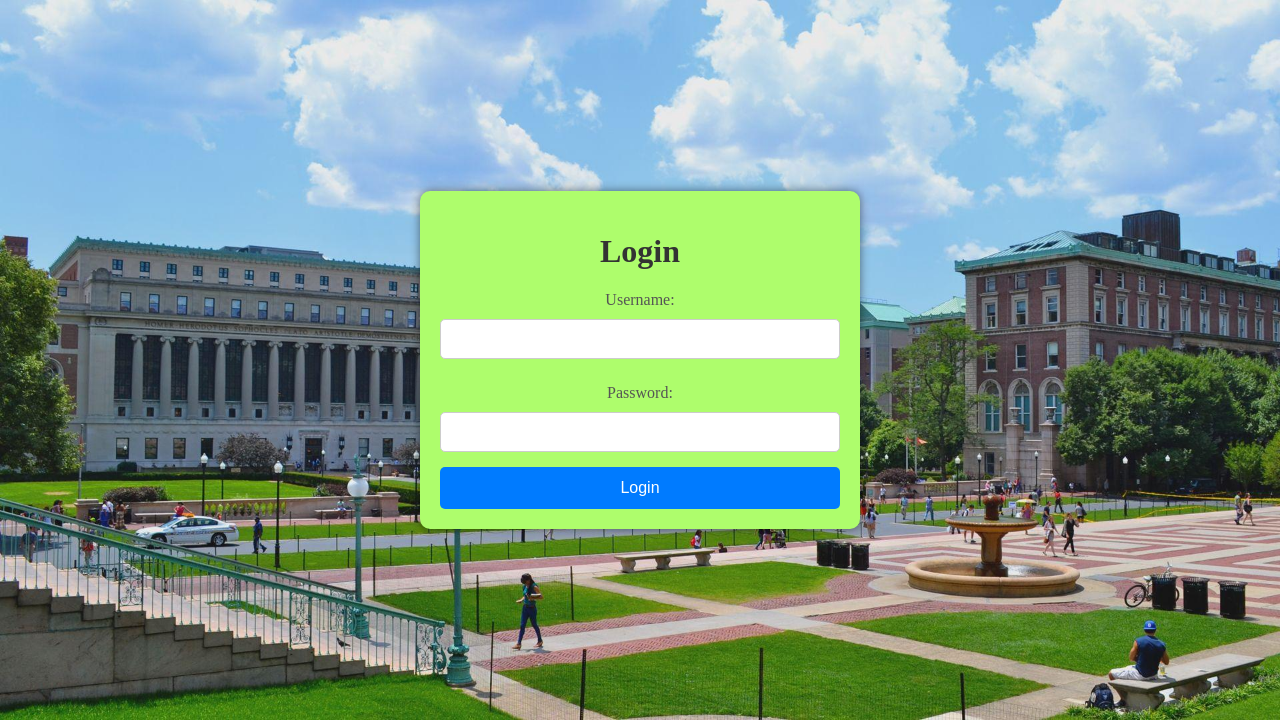
Repository: User-Krishna/Optimized-Exam-Duty-Allocation-With-Smart-Invigilation-Scheduler
Page: http://localhost/MiniProject/login.jsp
These files come from the project's save history. The page is drawn as it stood at one moment and after the next save; the edit follows.
The browser window is 1280 px wide. The pictures show the whole page.
The page is served by Tomcat 10.

Above is the page before, as saved 2024-11-10 13:30:50.

After the next save:
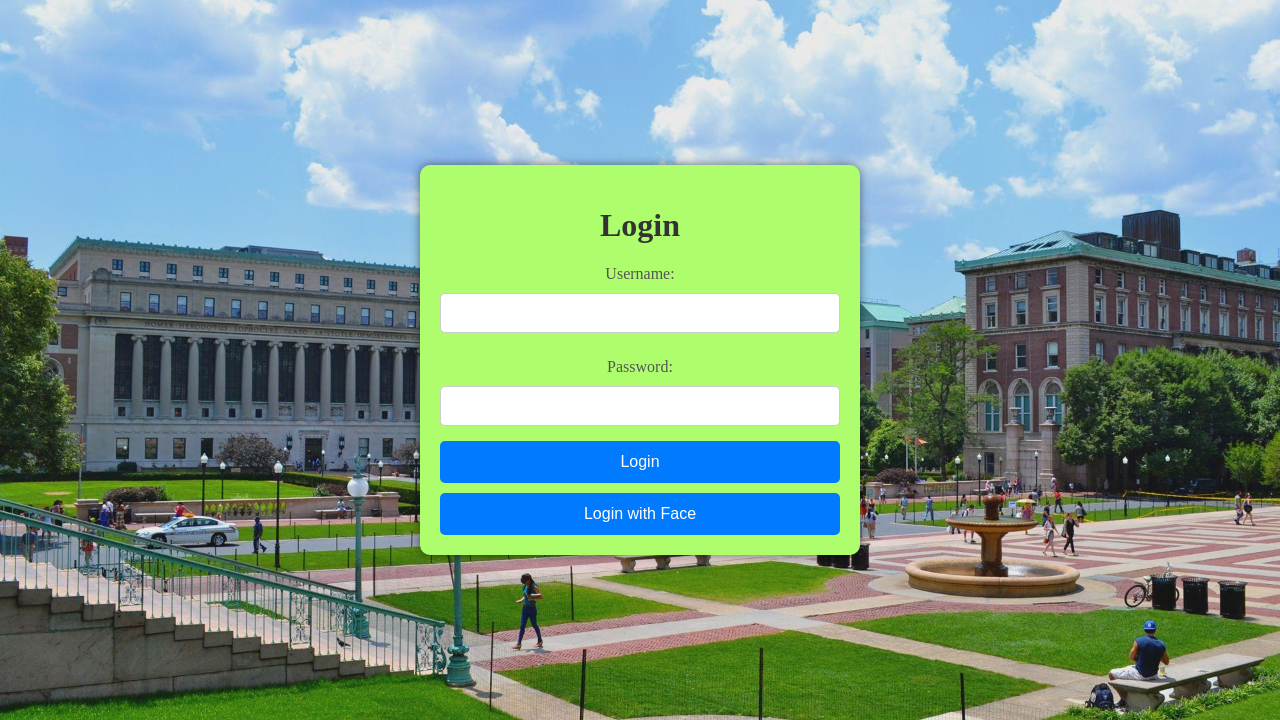
Saved 18 h 39 min later.
--- a/MiniProject/src/main/webapp/login.jsp
+++ b/MiniProject/src/main/webapp/login.jsp
@@ -64,6 +64,11 @@
             <button type="submit">Login</button>
         </form>
 
+        <!-- New 'Login with Face' button -->
+        <form action="FaceLogin.jsp" method="get">
+            <button type="submit" style="margin-top: 10px;">Login with Face</button>
+        </form>
+
         <!-- Error message handling -->
         <% String error = request.getParameter("error");
         if (error != null && error.equals("1")) { %>
@@ -75,6 +80,5 @@
             <p style="color: green;">Your Registration is Successful. Please Login.</p>
         <% } %>
     </div>
-
 </body>
 </html>
